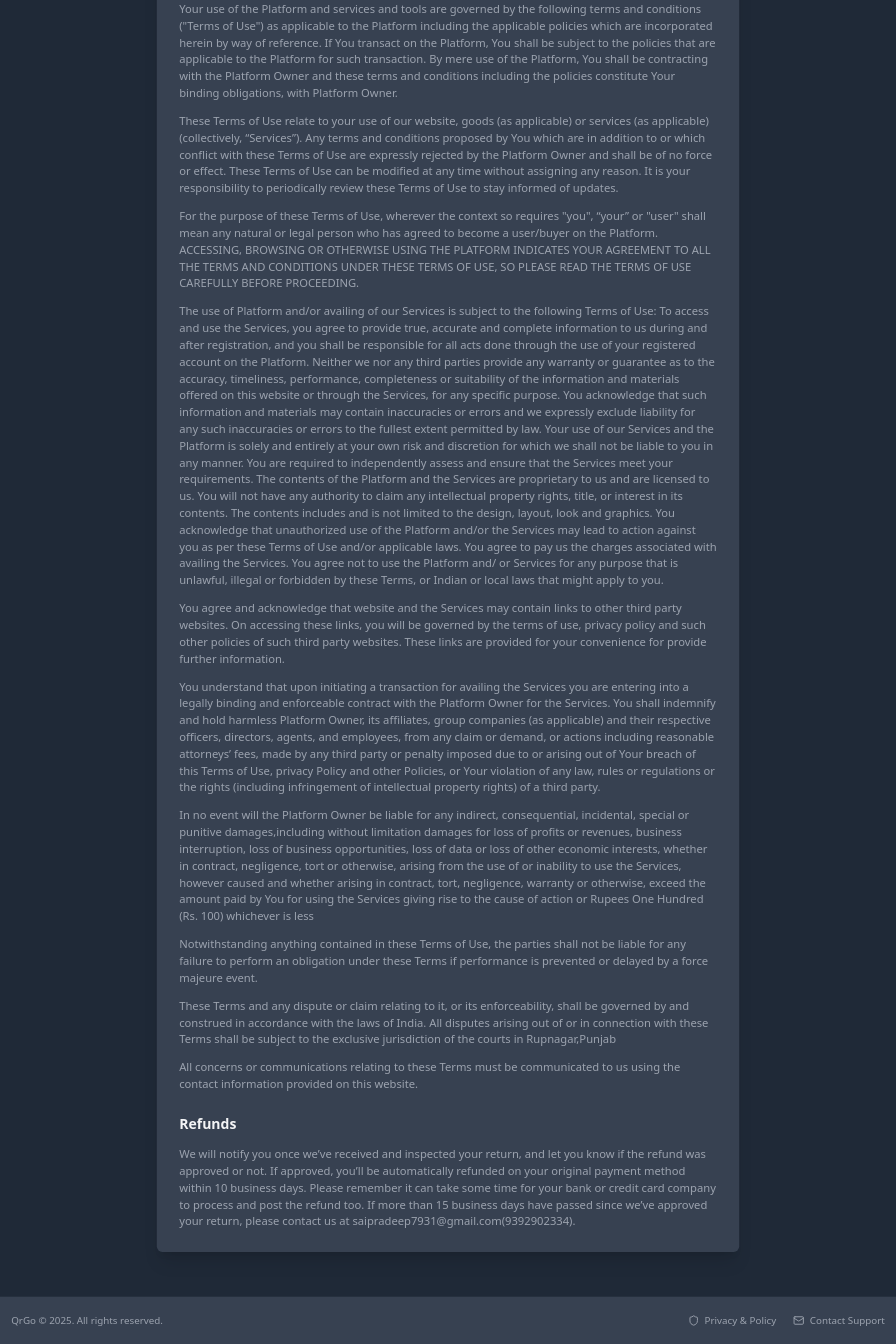
Repository: Dhakshin2007/QrGo
Page: /#/privacy-policy
These files come from the project's save history. The page is drawn as it stood at one moment and after the next save; the edit follows.
The browser window is 1280 px wide. The pictures show the part of the page from y = 3489 to 5409 px (the page is 5409 px tall), at 70% of full size.
Some web libraries are served in a nearby version. The project was rebuilt for these pictures with package versions that can differ from the ones it lists, and the page was loaded fresh each time. Also part of the build but not shown: vite.config.ts, components/EventCard.tsx, pages/HomePage.tsx, pages/BookingPage.tsx, components/TicketCard.tsx, pages/MyTicketsPage.tsx, services/aiService.ts, pages/AdminPage.tsx.

Above is the page before, as saved 2025-08-10 20:25:25.

After the next save:
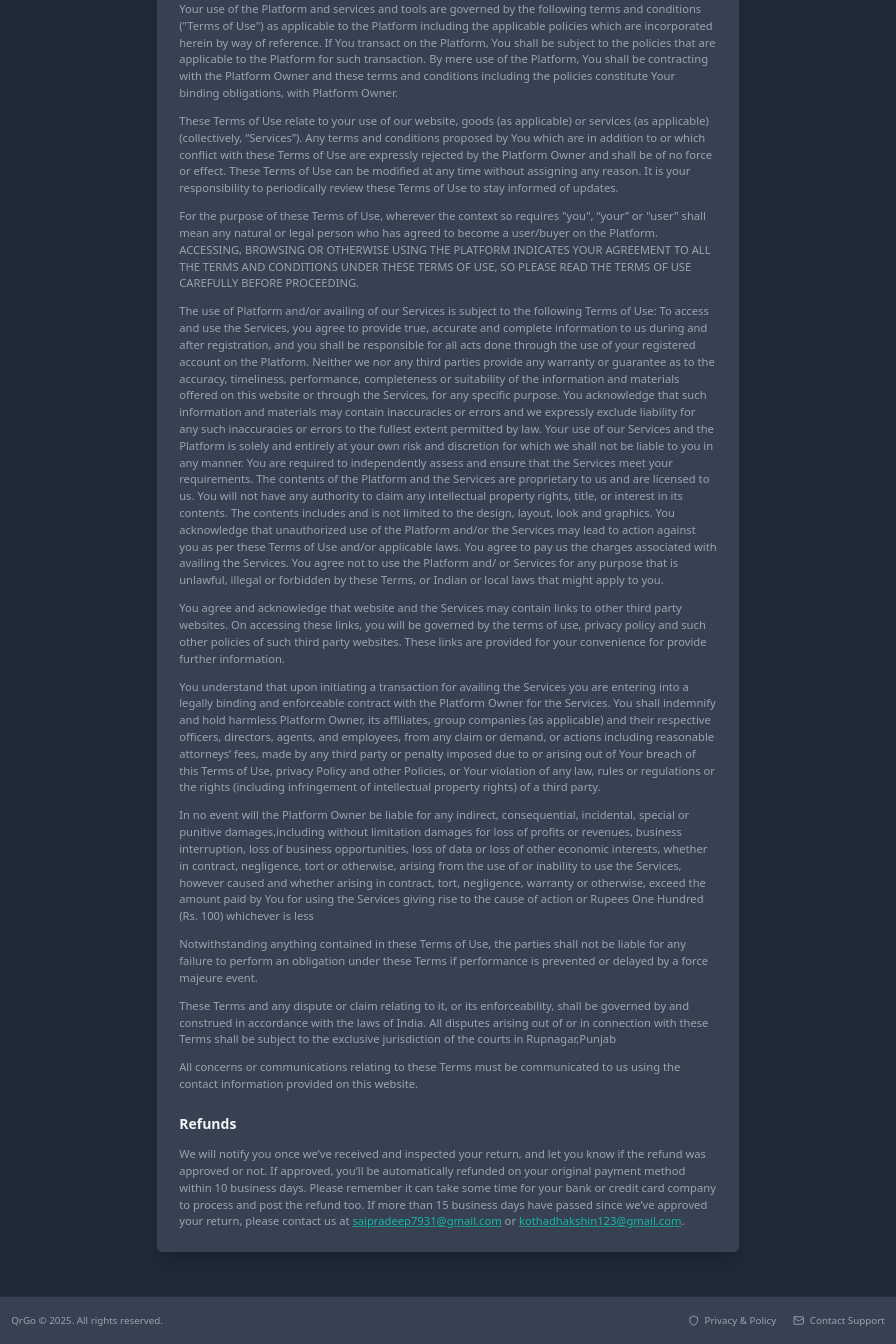
Saved 69 s later.
--- a/pages/PrivacyPolicyPage.tsx
+++ b/pages/PrivacyPolicyPage.tsx
@@ -85,9 +85,28 @@ const PrivacyPolicyPage: React.FC = () => {
 
                  */}
             <section className="space-y-4">
-                 <h3 className="text-xl font-semibold text-on-surface">Refunds</h3>
-                <p>We will notify you once we’ve received and inspected your return, and let you know if the refund was approved or not. If approved, you’ll be automatically refunded on your original payment method within 10 business days. Please remember it can take some time for your bank or credit card company to process and post the refund too. If more than 15 business days have passed since we’ve approved your return, please contact us at saipradeep7931@gmail.com(9392902334).</p>
-            </section>
+  <h3 className="text-xl font-semibold text-on-surface">Refunds</h3>
+  <p>
+    We will notify you once we’ve received and inspected your return, and let you know if the refund was approved or not.
+    If approved, you’ll be automatically refunded on your original payment method within 10 business days.
+    Please remember it can take some time for your bank or credit card company to process and post the refund too.
+    If more than 15 business days have passed since we’ve approved your return, please contact us at{" "}
+    <a
+      href="mailto:saipradeep7931@gmail.com"
+      className="text-primary underline hover:text-primary-dark"
+    >
+      saipradeep7931@gmail.com
+    </a>{" "}
+    or{" "}
+    <a
+      href="mailto:kothadhakshin123@gmail.com"
+      className="text-primary underline hover:text-primary-dark"
+    >
+      kothadhakshin123@gmail.com
+    </a>.
+  </p>
+</section>
+
         </div>
       </div>
     </div>
